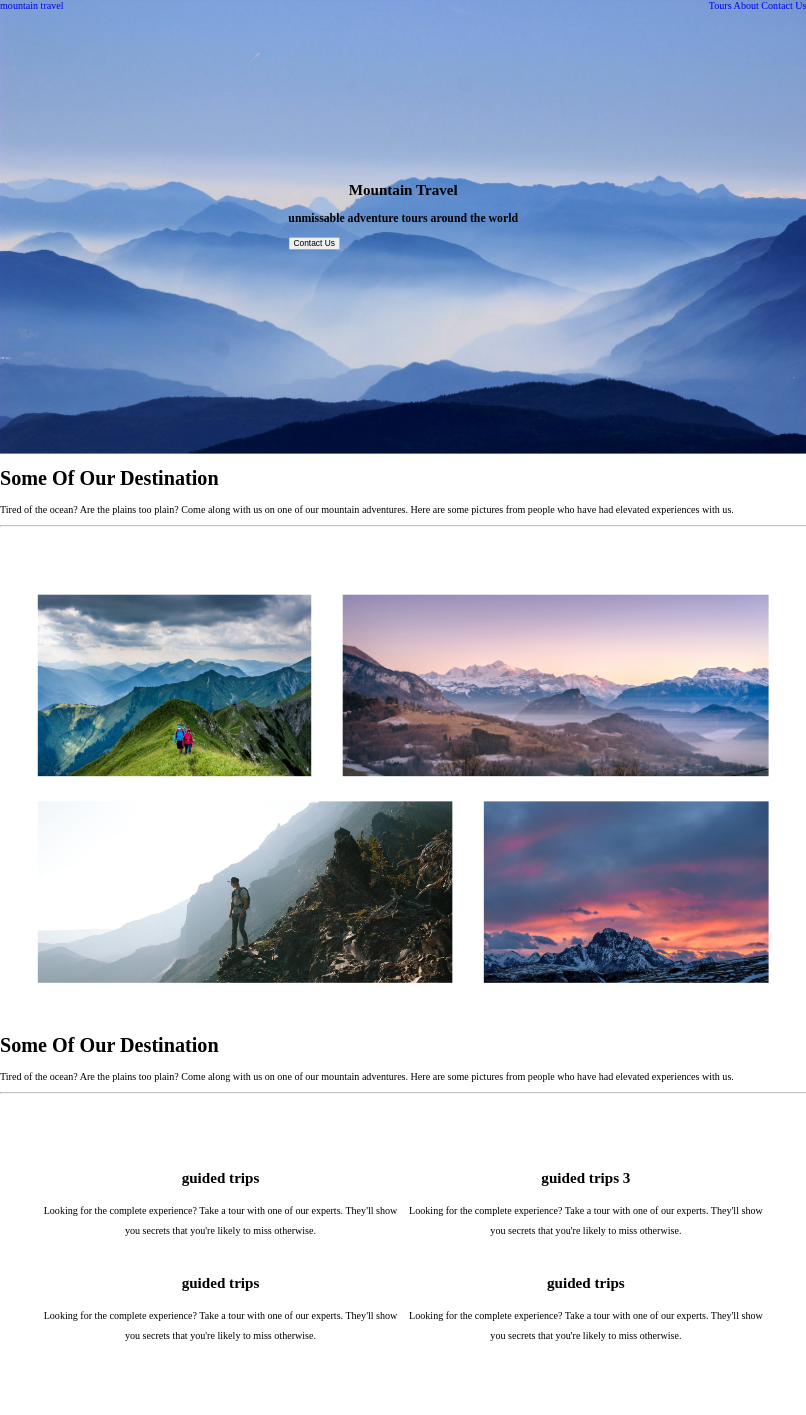
Repository: Einsteiniumeinsteinian/Advanced-CSS
Page: css-project-starter-code/index.html
These files come from the project's save history. The page is drawn as it stood at one moment and after a run of saves; the edit follows.
The browser window is 1280 px wide. The pictures show the whole page, at 63% of full size.

Above is the page before, as saved 2021-08-15 19:30:06.

After the next 11 saves:
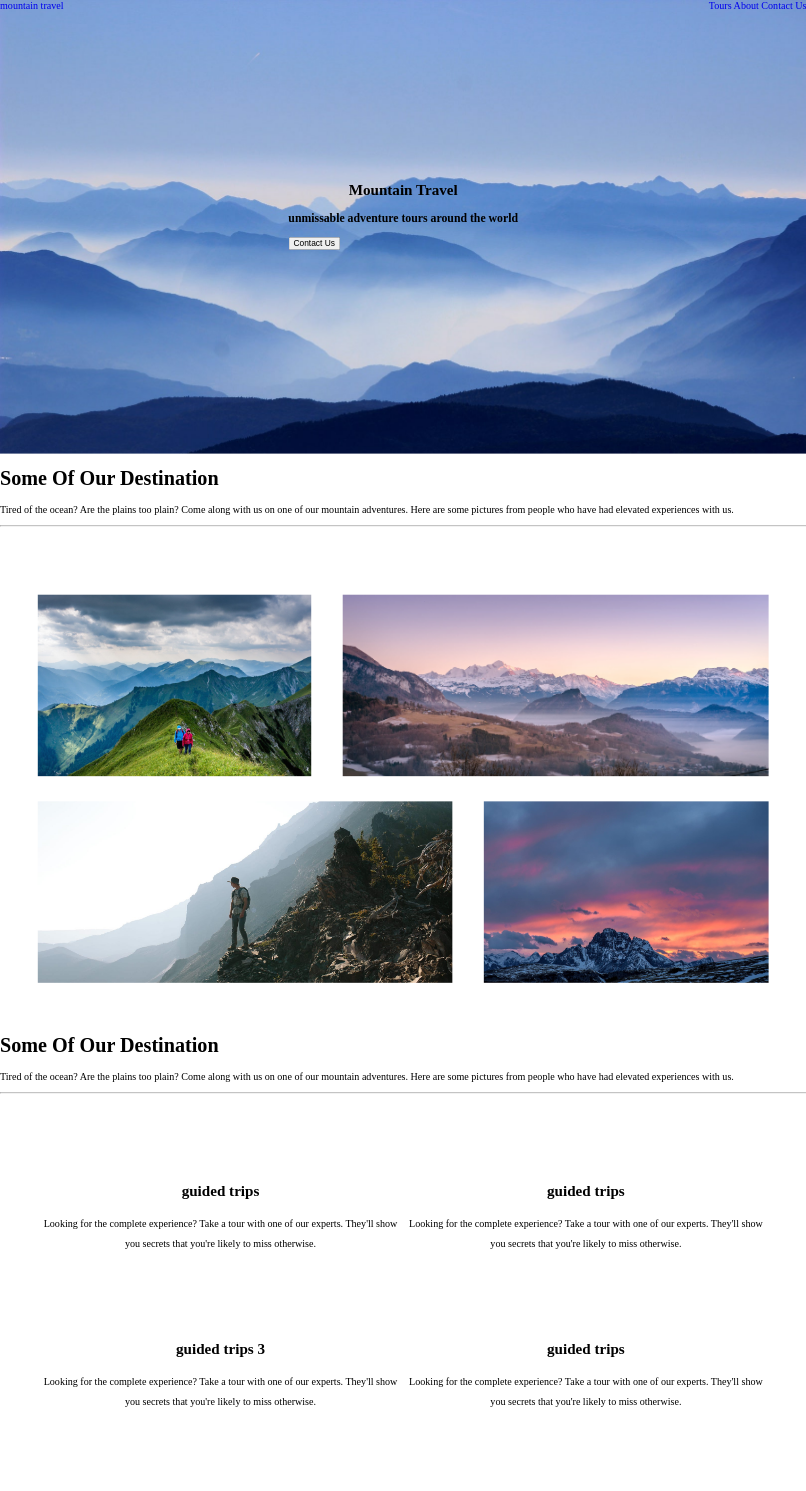
The 11 saves are shown as one change because they came seconds apart.
The last was saved 44 s later.
--- a/css-project-starter-code/assets/css/styles.css
+++ b/css-project-starter-code/assets/css/styles.css
@@ -61,7 +61,9 @@ flex-grow: 1;
 /** Packages */
 .package-section{
     padding: 60px;
-   display: flex;
+}
+.package-set{
+    display: flex;
 }
 .package{
     text-align: center;
